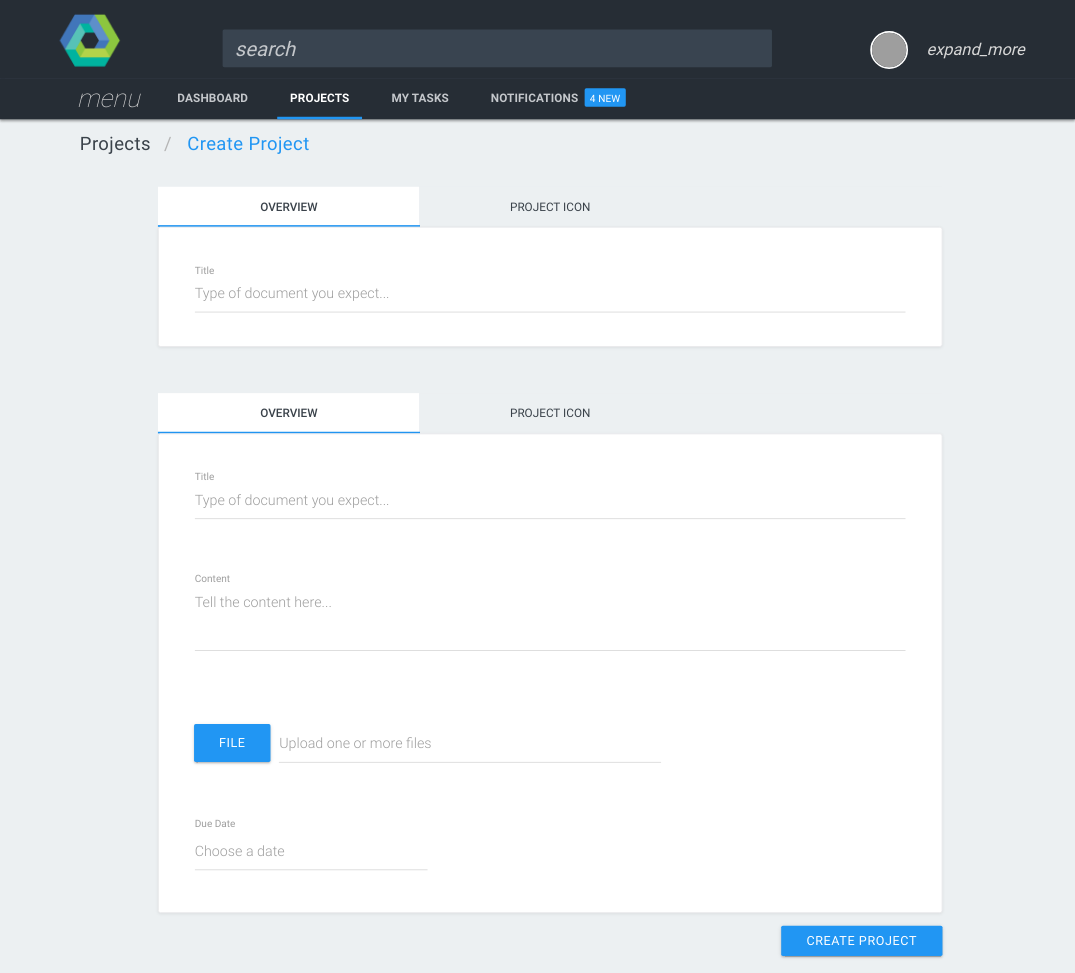
Repository: RenanChagas/ProjectManagement
Page: http://localhost/finalproject/WEB-INF/views/projectCreate.jsp
The author's editor kept a copy of each file at every save. The page is drawn from the files as they stood at one save, then again after the next save.
The browser window is 1280 px wide. The pictures show the whole page, at 84% of full size.
Pictures or frames that could not be fetched are drawn as grey boxes. The page is served by Tomcat 9. Nobody is signed in. The template is opened directly, without the code that normally fills it, so the values that code supplies are empty.

Above is the page before, as saved 2017-09-09 19:57:11.

After the next save:
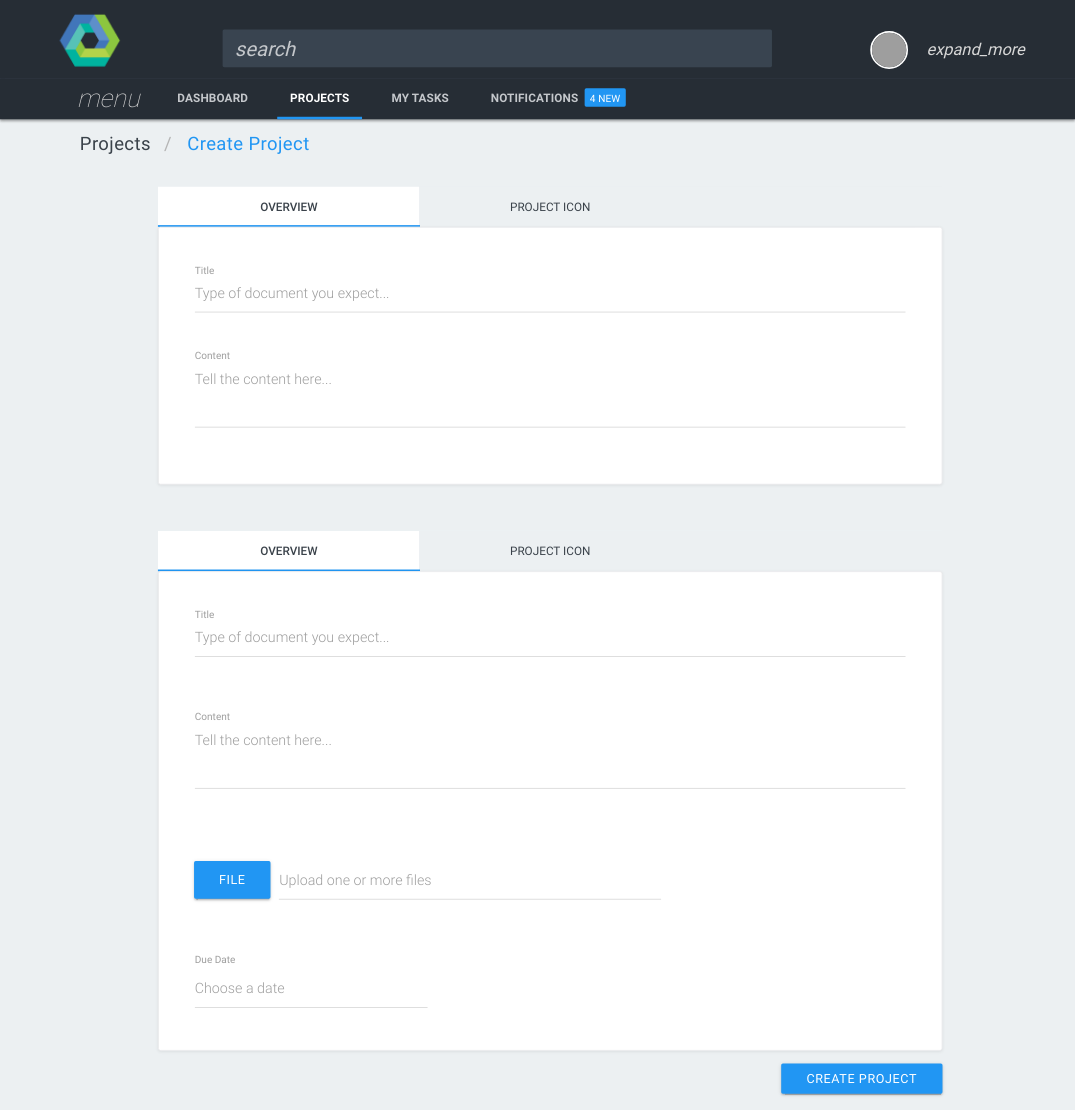
Saved 34 s later.
--- a/finalproject/src/main/webapp/WEB-INF/views/projectCreate.jsp
+++ b/finalproject/src/main/webapp/WEB-INF/views/projectCreate.jsp
@@ -194,6 +194,15 @@
                            </div>
                         </div>
                         <!-- Title-END-->
+                        <!-- Description -->
+                        <div class="row MDC-margin-bottom40">
+                        	<div class="input-field col s12">
+                                            <textarea id="textarea1" placeholder="Tell the content here..."
+                                                class="materialize-textarea MDC-border-grey-light MDC-font-17 MDC-color-black
+                                                        MDC-font-weight-300"></textarea>
+                                            <label for="textarea1">Content</label>
+                                        </div>
+                                    </div>
 
                 	</div>
                 </div>
